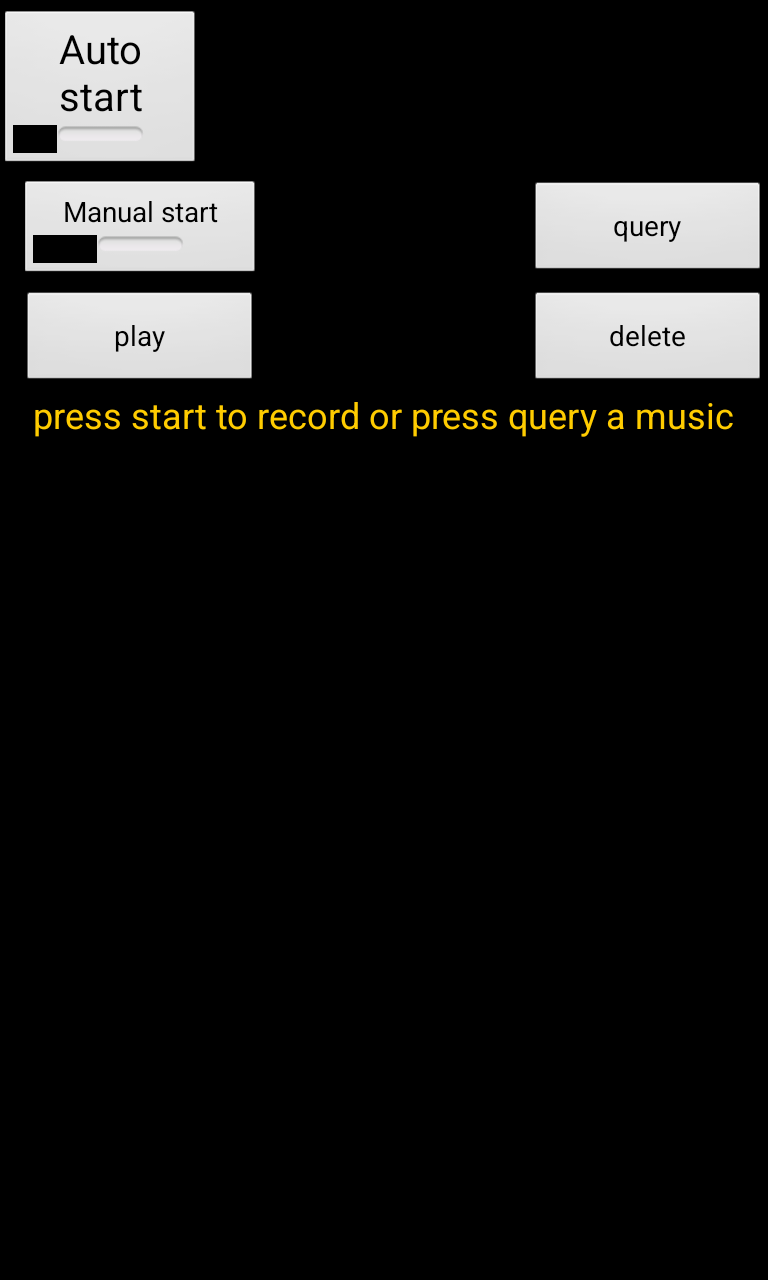
Repository: FreyrChen/tucan_Linux_practice
Layout: 4_Android_program/MusicIdentify/res/layout/activity_main.xml
The author's editor kept a copy of each file at every save. The layout is drawn from the files as they stood at one save, then again after the next save.
It is drawn on a 768 x 1280 px phone screen (xhdpi) without system bars, with theme AppTheme; the app's code is not run. Lists and similar views that code fills are empty.

Above is the layout before, as saved 2013-06-13 07:04:21.

After the next save:
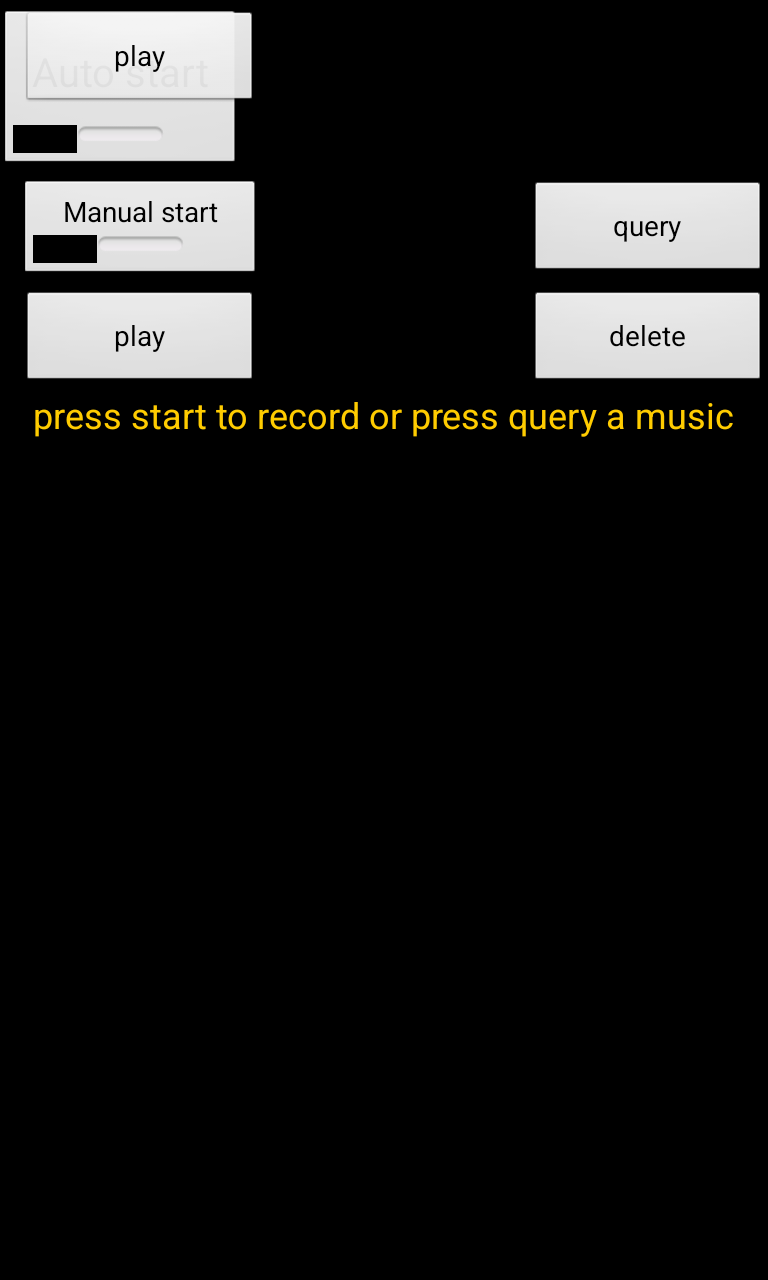
Saved 83 s later.
--- a/4_Android_program/MusicIdentify/res/layout/activity_main.xml
+++ b/4_Android_program/MusicIdentify/res/layout/activity_main.xml
@@ -18,10 +18,20 @@
 		android:textOn="@string/stop"
 		android:textOff="@string/auto_start"
 		android:textSize="20sp"
-	 	android:layout_width="100dp"
+	 	android:layout_width="120dp"
 	 	android:layout_height="80dp"
 	    android:layout_marginTop="5dp"
 	    android:layout_alignParentLeft="true"
+	    android:layout_below="@+id/auto_progress"
+ 	/>
+    <Button
+	 	android:id="@+id/test_button"
+		android:text="@string/play"
+	 	android:layout_width="120dp"
+	 	android:layout_height="50dp"
+	    android:layout_alignParentLeft="true"
+	    android:layout_marginTop="5dp"
+	    android:layout_marginLeft="10dp"
 	    android:layout_below="@+id/auto_progress"
  	/>
 
